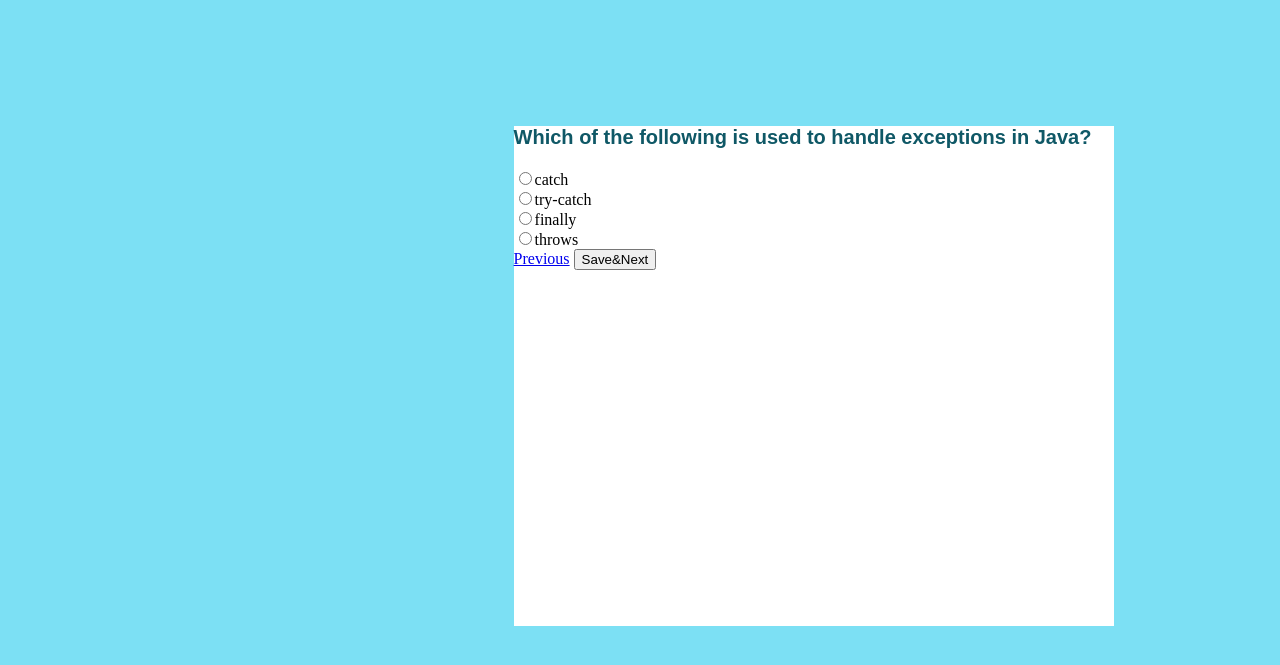
Repository: Rupali-8062Chourasiya5279/Internship_Task_Rupali
Page: Programming Language/quiz/QuizApp/src/main/webapp/First.html
The author's editor kept a copy of each file at every save. The page is drawn from the files as they stood at one save, then again after the next save.
The browser window is 1280 px wide. The pictures show the whole page.

Above is the page before, as saved 2025-01-24 13:35:41.

After the next save:
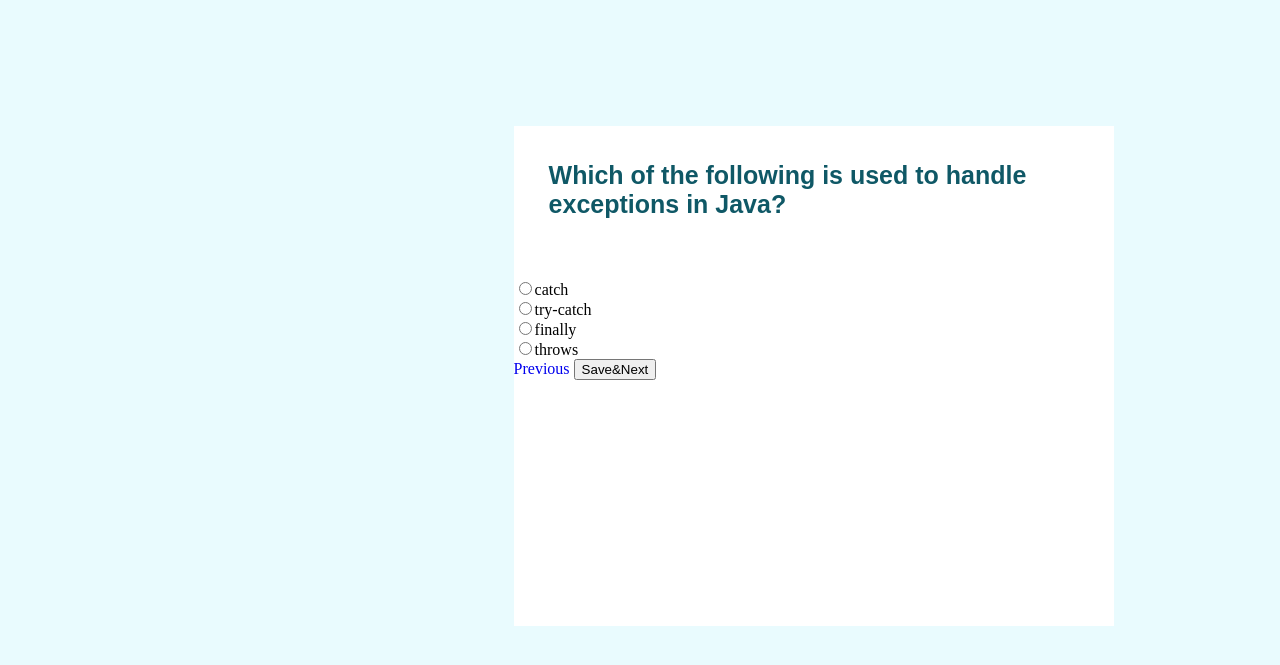
Saved 82 s later.
--- a/Programming Language/quiz/QuizApp/src/main/webapp/First.html
+++ b/Programming Language/quiz/QuizApp/src/main/webapp/First.html
@@ -16,13 +16,21 @@ width : 600px;
 margin-left: 40%;
 margin-top: 10%;
 }
-h3
-{
-font-family: sans-serif;
-font-size: 20px;
-color: #0f5866;
-
-}
+ h3
+ {
+ padding:35px;
+ font: bold;
+ color: #0f5866;
+ font-family: sans-serif;
+ font-size: 25px;
+ }
+ a{
+ text-decoration: none;
+ }
+ body
+ {
+ background-color: #e9fbfe;
+ }
 </style>
 </head>
 <body>
